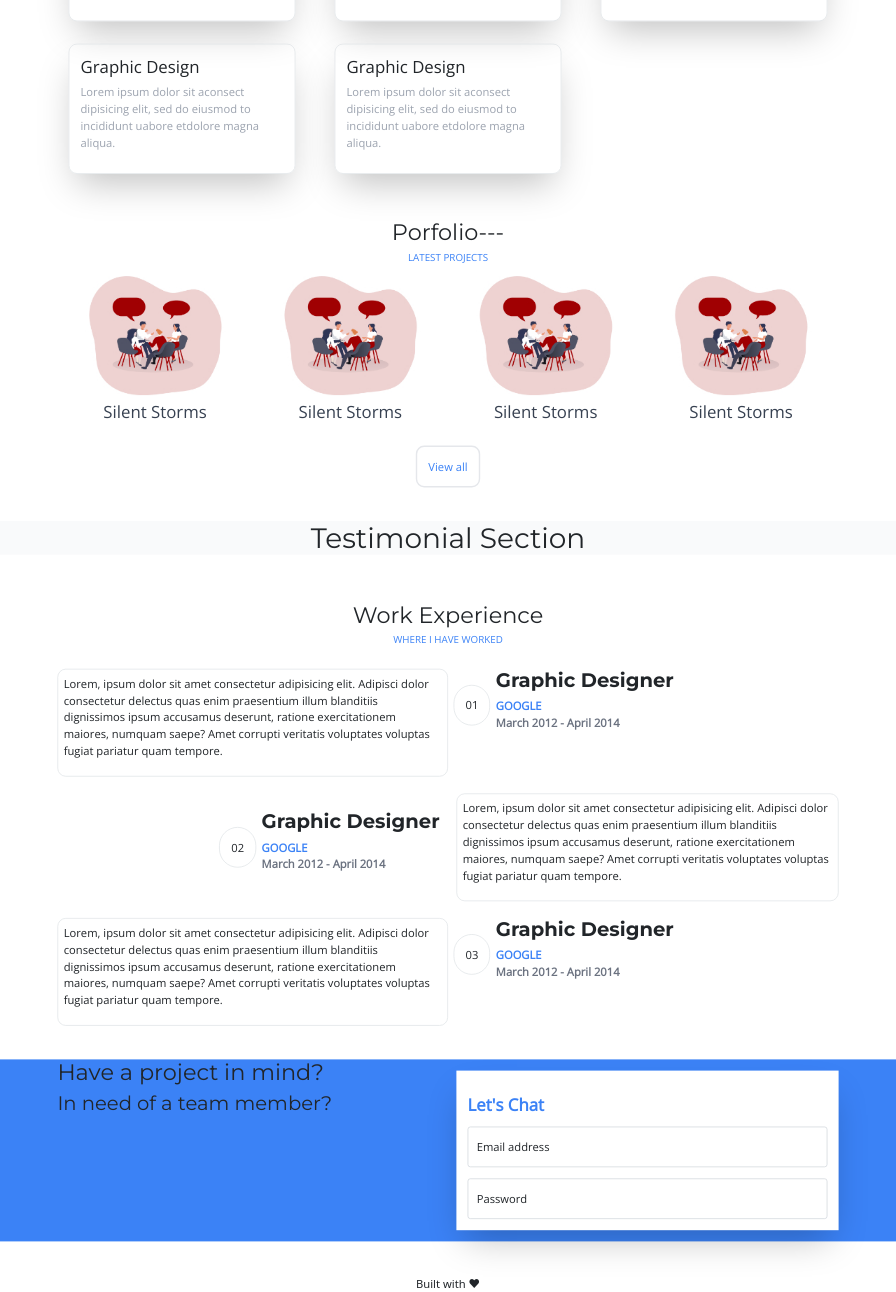
Repository: latenightsnacc/giggles
Page: HTML/freelancer.html
These files come from the project's save history. The page is drawn as it stood at one moment and after the next save; the edit follows.
The browser window is 1280 px wide. The pictures show the part of the page from y = 1398 to 3318 px (the page is 3244 px tall before and 3318 px after), at 70% of full size.
Some web libraries are served in a nearby version.

Above is the page before, as saved 2021-01-03 19:06:37.

After the next save:
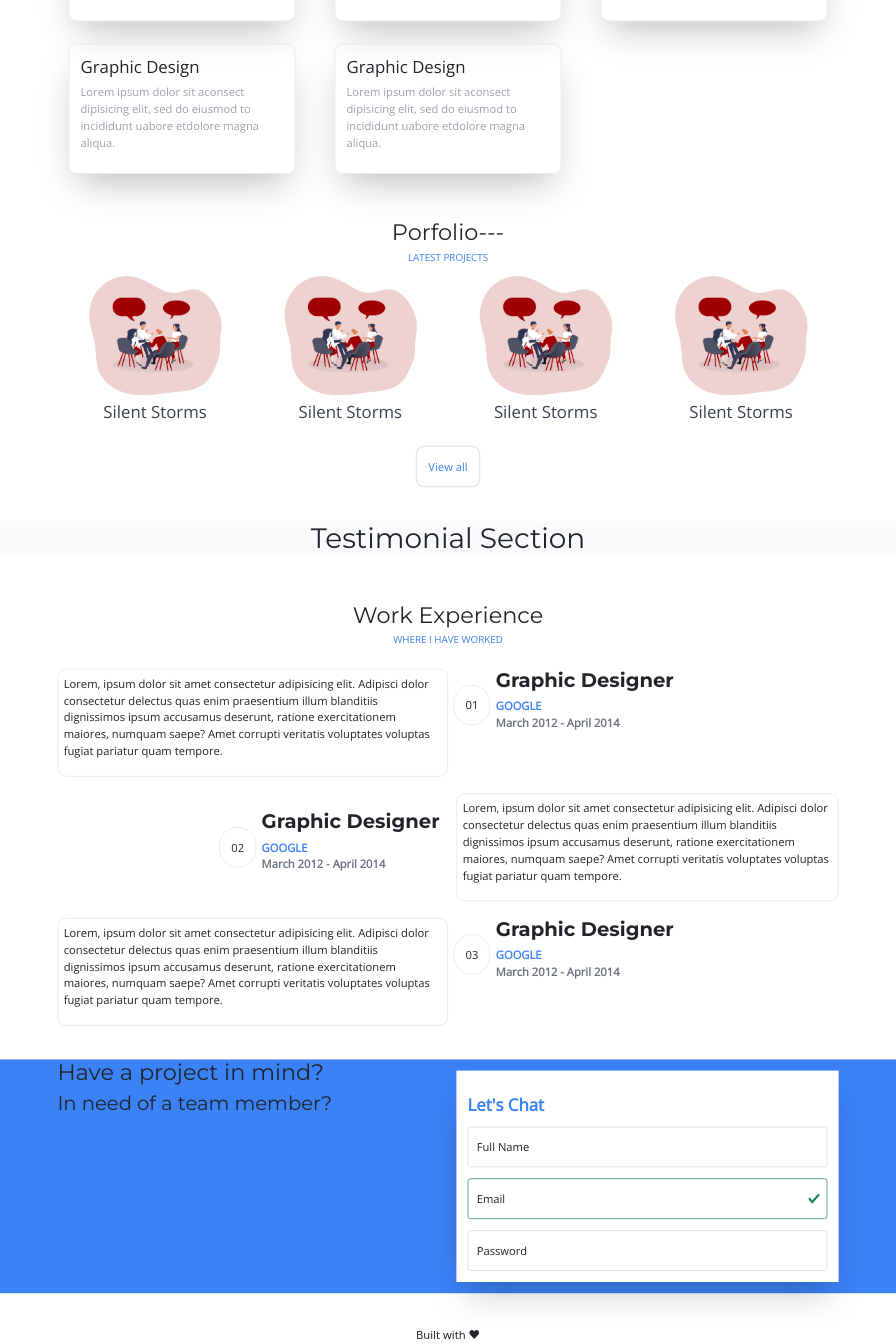
Saved 93 s later.
--- a/HTML/freelancer.html
+++ b/HTML/freelancer.html
@@ -315,10 +315,14 @@
                         <form class="bg-white shadow-2xl p-3" action="#" method="POST">
                             <div class="form-title py-3 text-2xl font-bold text-blue-500">Let's Chat</div>
                             <div class="form-floating mb-3">
-                                <input type="email" class="form-control" id="floatingInput" placeholder="name@example.com">
-                                <label for="floatingInput">Email address</label>
-                              </div>
-                              <div class="form-floating">
+                                <input type="text" class="form-control" id="floatingName" placeholder="Jane Doe">
+                                <label for="floatingInput">Full Name</label>
+                            </div>
+                            <div class="form-floating mb-3">
+                                <input type="email" class="form-control is-valid" id="floatingInput" placeholder="janedoe@abc.com">
+                                <label for="floatingInput">Email</label>
+                            </div>
+                            <div class="form-floating">
                                 <input type="password" class="form-control" id="floatingPassword" placeholder="Password">
                                 <label for="floatingPassword">Password</label>
                             </div>
